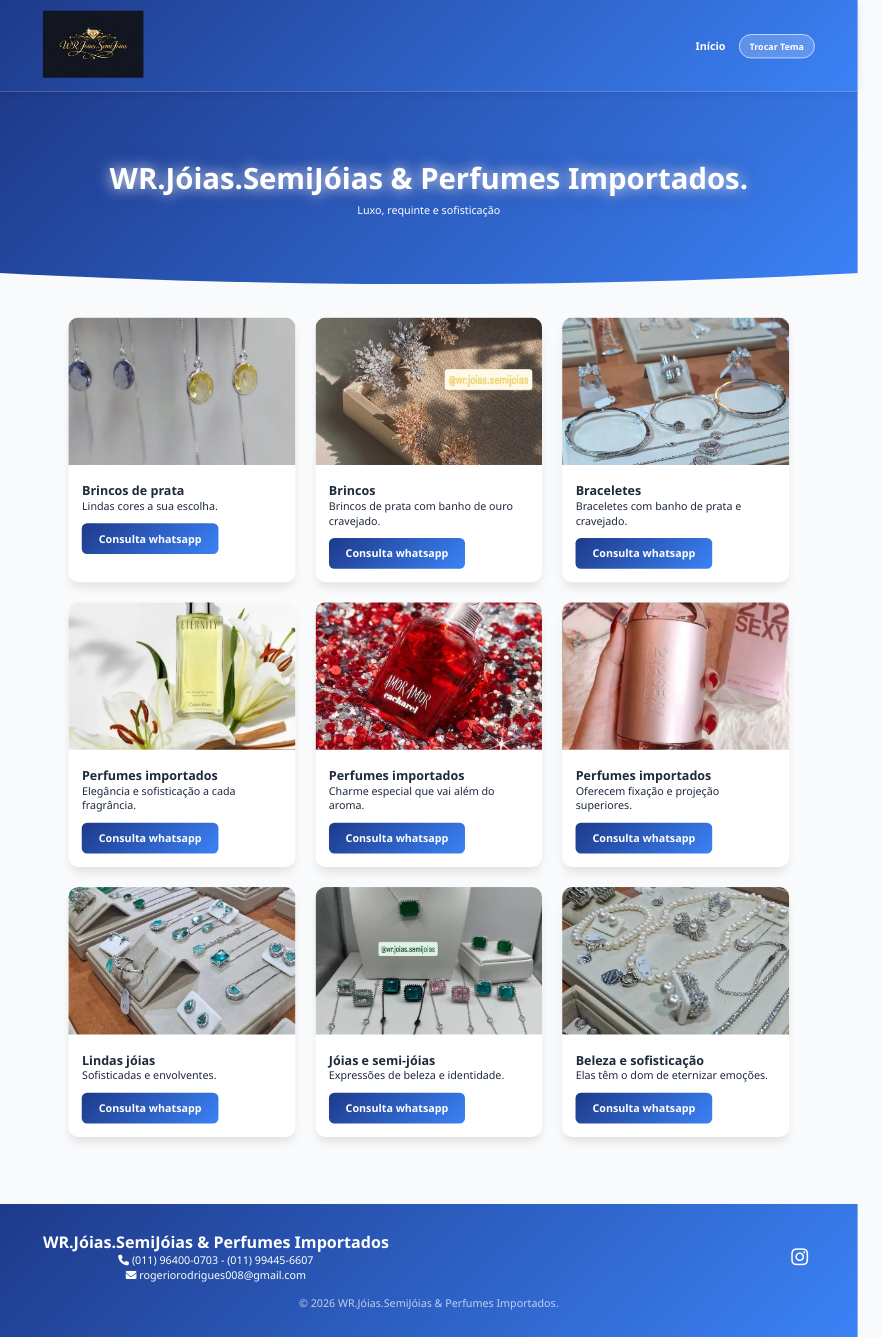
Repository: Sandro1969-tech/joias-perfumes
Page: index.html
An editor plug-in stored every save of this project. The page is shown before and after the next save, followed by the edit.
The browser window is 1280 px wide. The page is 1317 px wide, then 1280 px, so the pictures cover 1317 px, including what lies to the right of the window. The pictures show the whole page, at 67% of full size.

Above is the page before, as saved 2026-01-28 17:58:44.

After the next save:
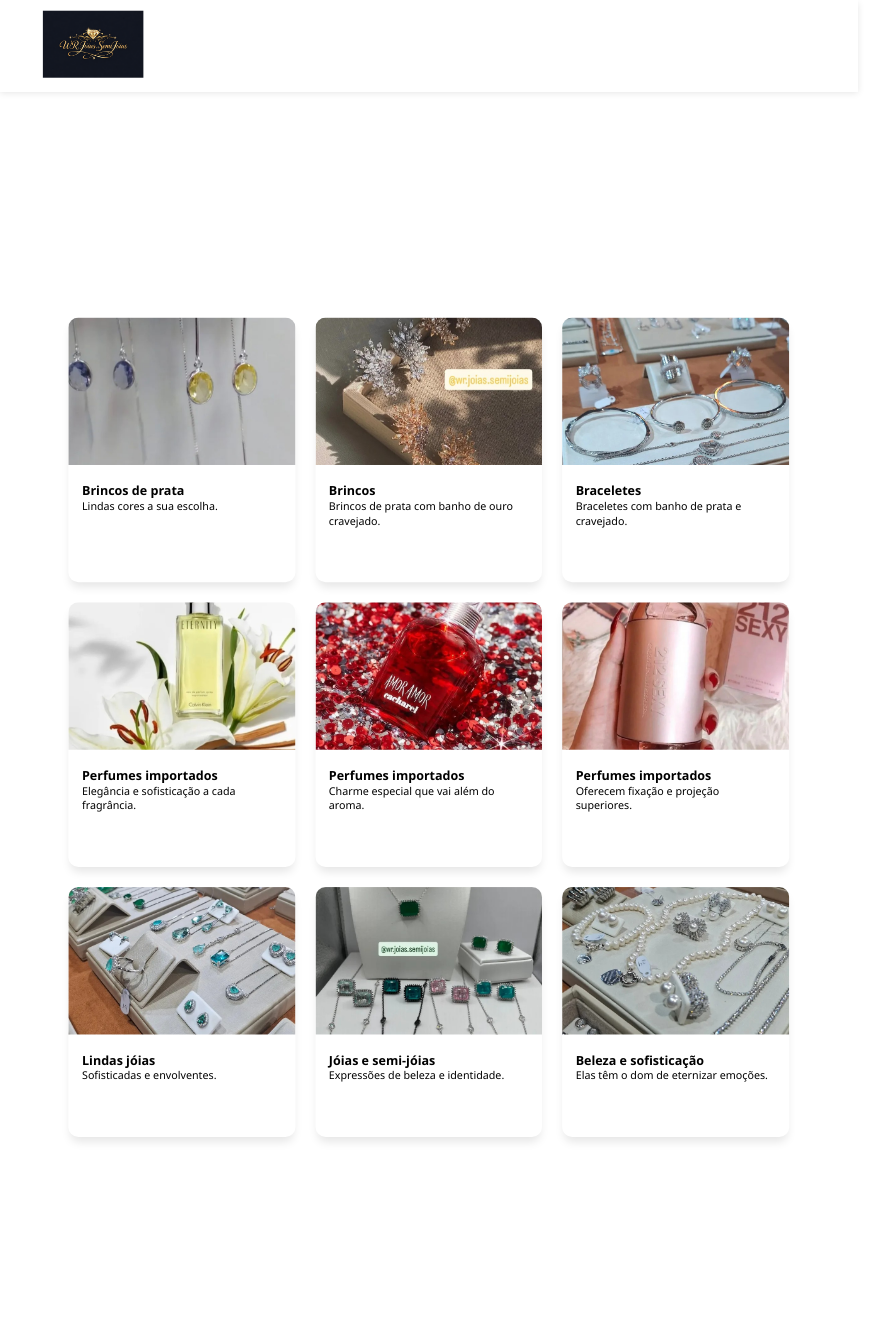
Saved 24 s later.
--- a/index.html
+++ b/index.html
@@ -11,13 +11,6 @@
         /* VARIÁVEIS DE CORES */
     /* Tema padrão */
 :root {
-  --primary-gradient: linear-gradient(135deg, #1e3a8a, #3b82f6);
-  --bg-color: #f8fafc;
-  --text-color: #1e293b;
-  --card-bg: #ffffff;
-  --accent-color: #60a5fa;
-  --button-hover: #2563eb;
-}
 
 /* Tema luxo */
 [data-theme="luxo"] {
